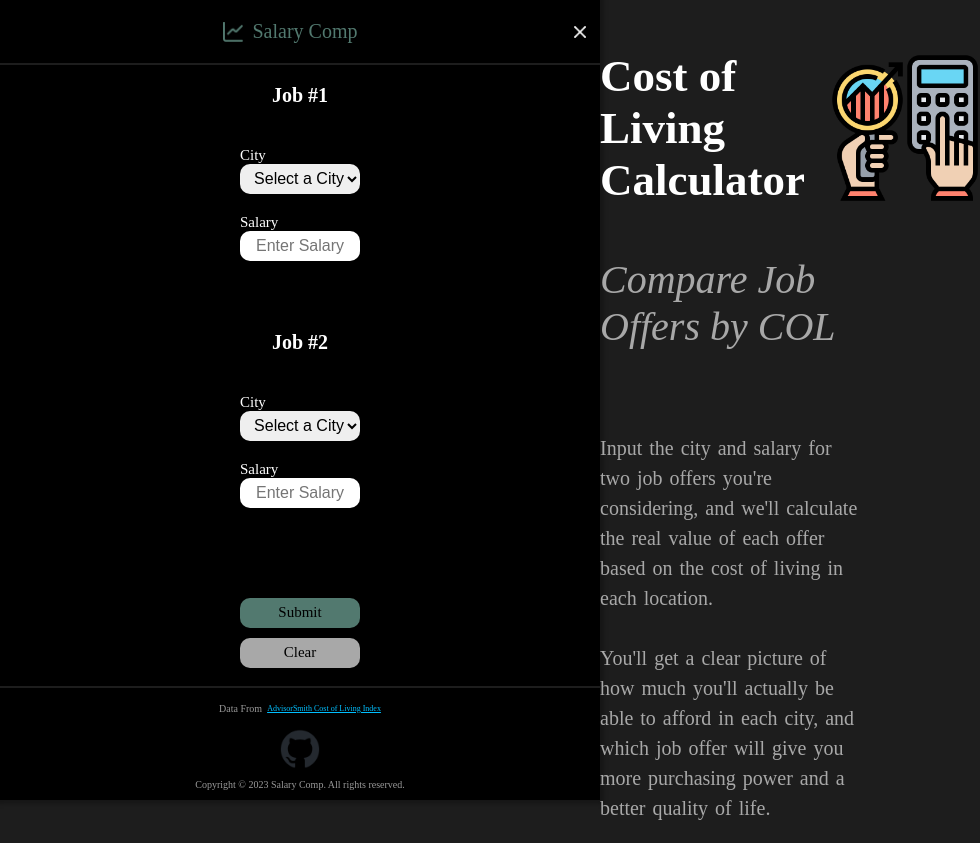
Repository: robbymcd/Salary-Comp
Page: /
The author's editor kept a copy of each file at every save. The page is drawn from the files as they stood at one save, then again after the next save.
The browser window is 600 px wide. The page is 980 px wide, so the pictures cover 980 px, including what lies to the right of the window. The pictures show the whole page.
Some web fonts or font styles are not loaded; a fallback is used. The project was rebuilt for these pictures with package versions that can differ from the ones it lists, and the page was loaded fresh each time. Also part of the build but not shown: src/Main.css, src/Main.js.

Above is the page before, as saved 2023-06-16 14:26:55.

After the next save:
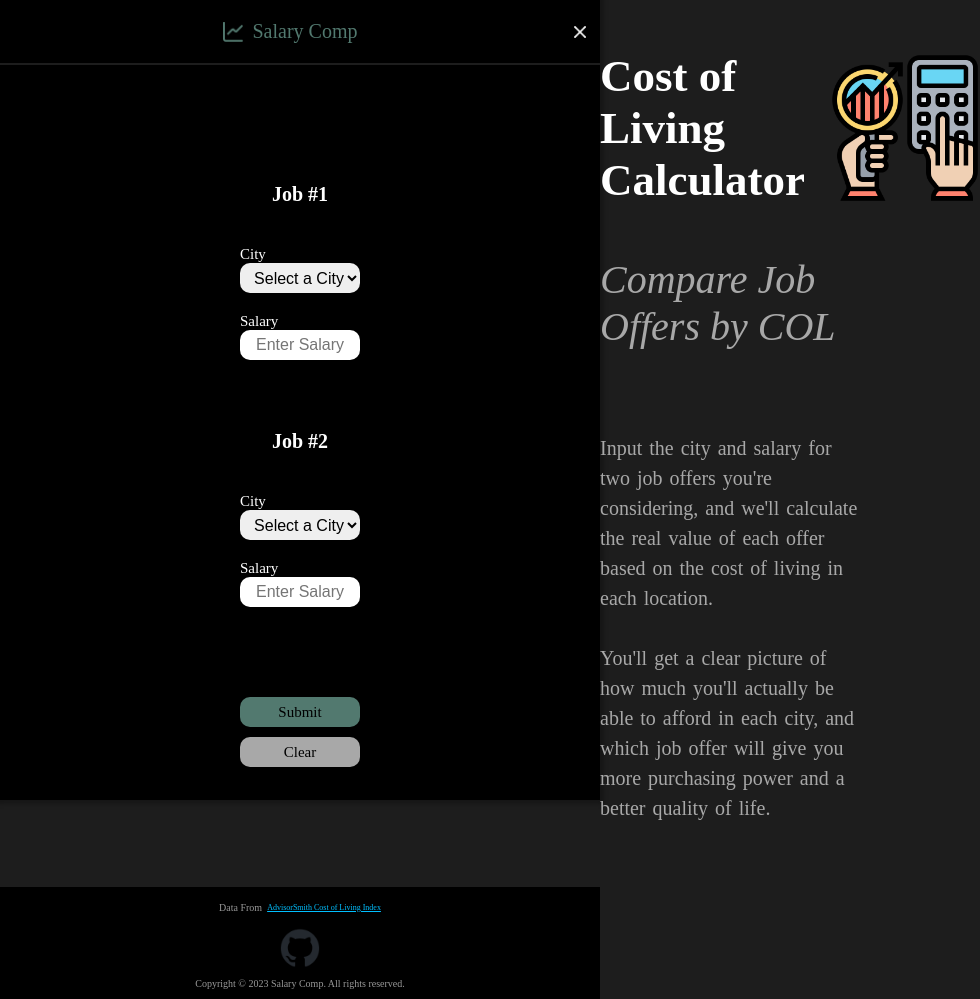
Saved 3 min 45 s later.
--- a/src/OpenSidebar.css
+++ b/src/OpenSidebar.css
@@ -207,6 +207,7 @@
 
 @media screen and (max-width: 700px) {
     .open-sidebar {
+        display: block;
         width: 100vw;
         margin-right: 0;
     }

After the save that followed:
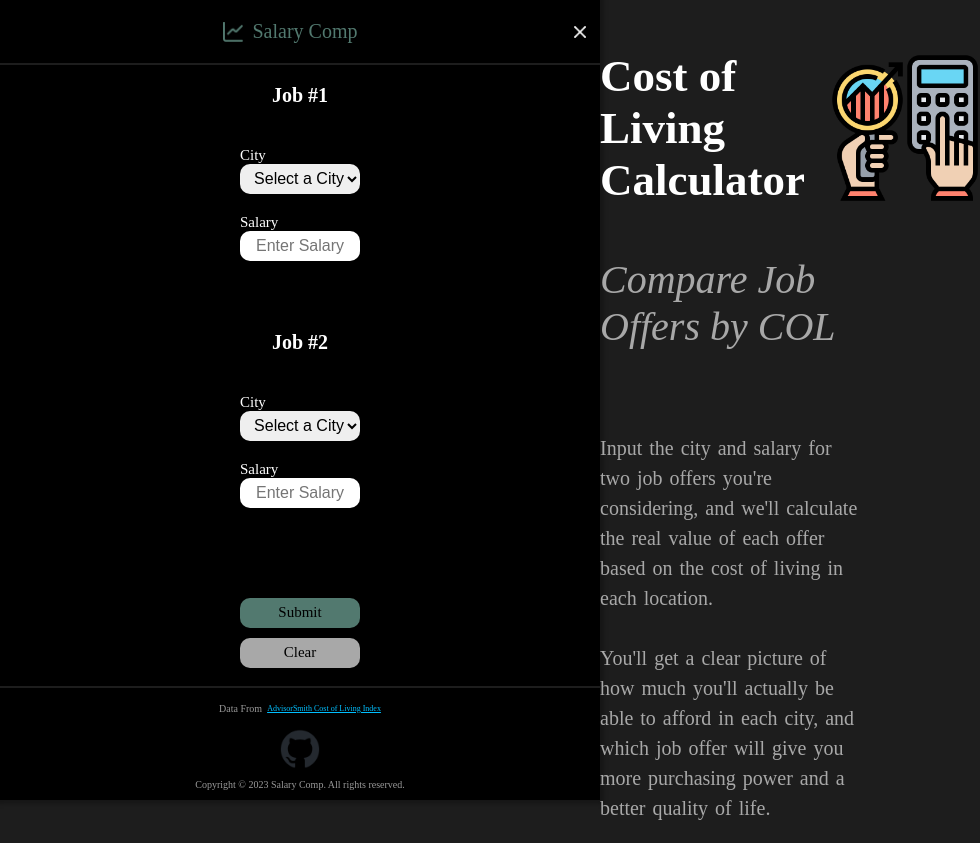
Saved 8 s later.
--- a/src/OpenSidebar.css
+++ b/src/OpenSidebar.css
@@ -207,7 +207,6 @@
 
 @media screen and (max-width: 700px) {
     .open-sidebar {
-        display: block;
         width: 100vw;
         margin-right: 0;
     }
